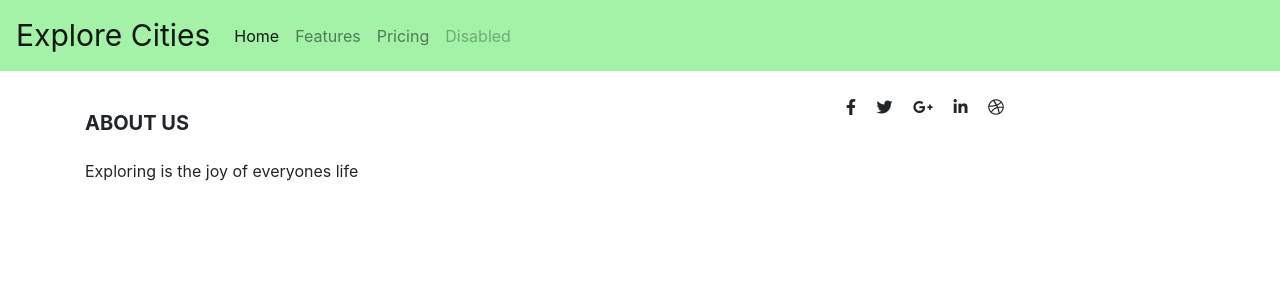
Repository: vaida898/holiday-website
Page: index.html
The author's editor kept a record of every edit. The page is drawn from the files as they stood at one moment, then again after the next edit.
The browser window is 1280 px wide. The pictures show the whole page.
Some web libraries are served in a nearby version.

Above is the page before.

After the next edit:
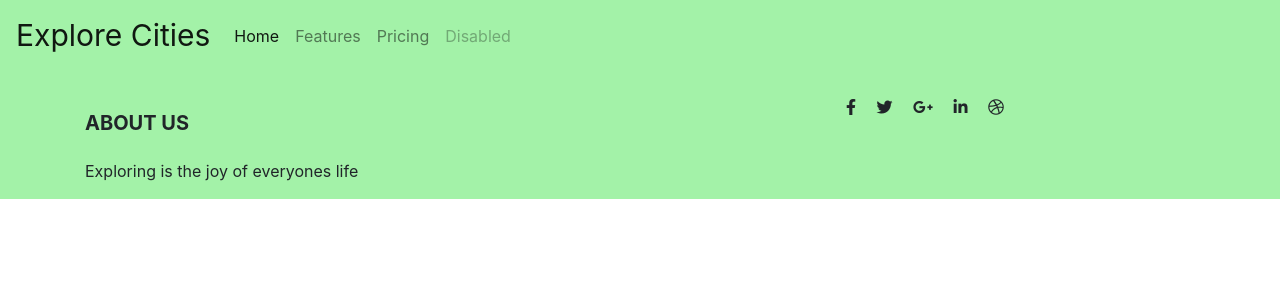
The edit:
--- a/css/style.css
+++ b/css/style.css
@@ -12,3 +12,7 @@
 
 
 /* -- Footer ------------------*/
+
+.footer {
+    background-color: #A3F2A8;
+}
